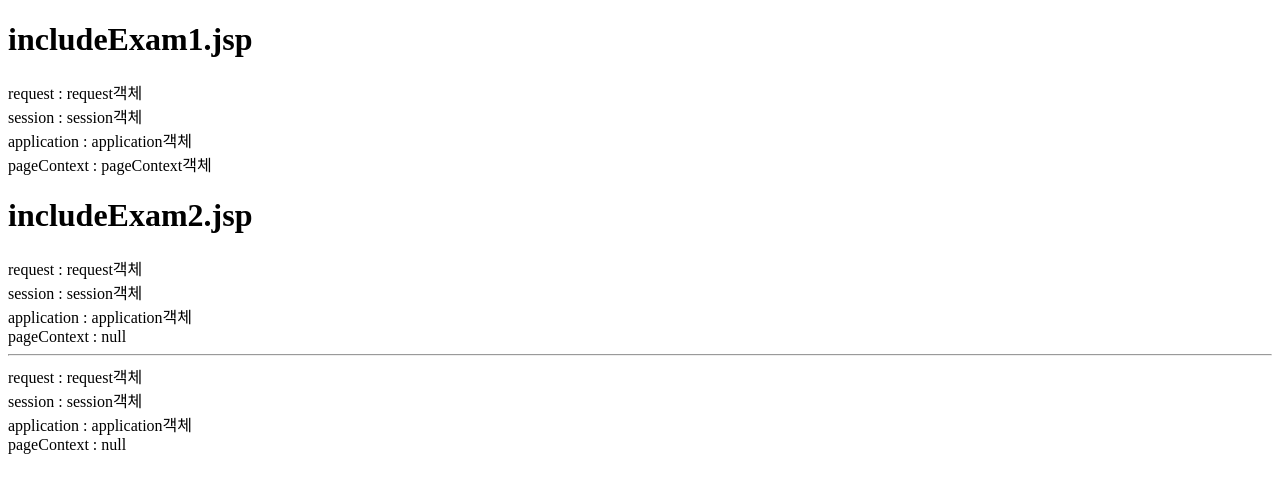
Repository: lty516/jspwork
Page: http://localhost/myjsp2/actiontag/includeExam4.jsp
The author's editor kept a copy of each file at every save. The page is drawn from the files as they stood at one save, then again after the next save.
The browser window is 1280 px wide. The pictures show the whole page.
The page is served by Tomcat 9.

Above is the page before, as saved 2020-08-14 01:15:01.

### myjsp2/WebContent/actiontag/includeExam4.jsp
<%@ page contentType="text/html; charset=utf-8"%>
<!DOCTYPE html>
<html>
<head>
<meta charset="utf-8">
<title>Insert title here</title>
</head>
	<body>
		<h1>includeExam1.jsp</h1>

		<%
			request.setAttribute("first","request객체");
			session.setAttribute("first","session객체");
			application.setAttribute("first","application객체");
			pageContext.setAttribute("first","pageContext객체");
		%>

		request : <%= request.getAttribute("first") %> <br>
		session : <%= session.getAttribute("first") %> <br>
		application : <%= application.getAttribute("first") %> <br>
		pageContext : <%= pageContext.getAttribute("first") %> <br>

		<jsp:include page="includeExam2.jsp" />

		<hr/>

		request : <%= request.getAttribute("second") %> <br>
		session : <%= session.getAttribute("second") %> <br>
		application : <%= application.getAttribute("second") %> <br>
		pageContext : <%= pageContext.getAttribute("second") %> <br>



	</body>
</html>

### myjsp2/WebContent/actiontag/includeExam2.jsp
<%@ page contentType="text/html; charset=utf-8"%>
<!DOCTYPE html>
<html>
<head>
<meta charset="utf-8">
<title>Insert title here</title>
</head>
<body>
	<h1>includeExam2.jsp</h1>

	request : <%= request.getAttribute("first") %> <br>
	session : <%= session.getAttribute("first") %> <br>
	application : <%= application.getAttribute("first") %> <br>
	pageContext : <%= pageContext.getAttribute("first") %> <br>

		<%
			request.setAttribute("second","request객체");
			session.setAttribute("second","session객체");
			application.setAttribute("second","application객체");
			pageContext.setAttribute("second","pageContext객체");
		%>
</body>
</html>

After the next save:
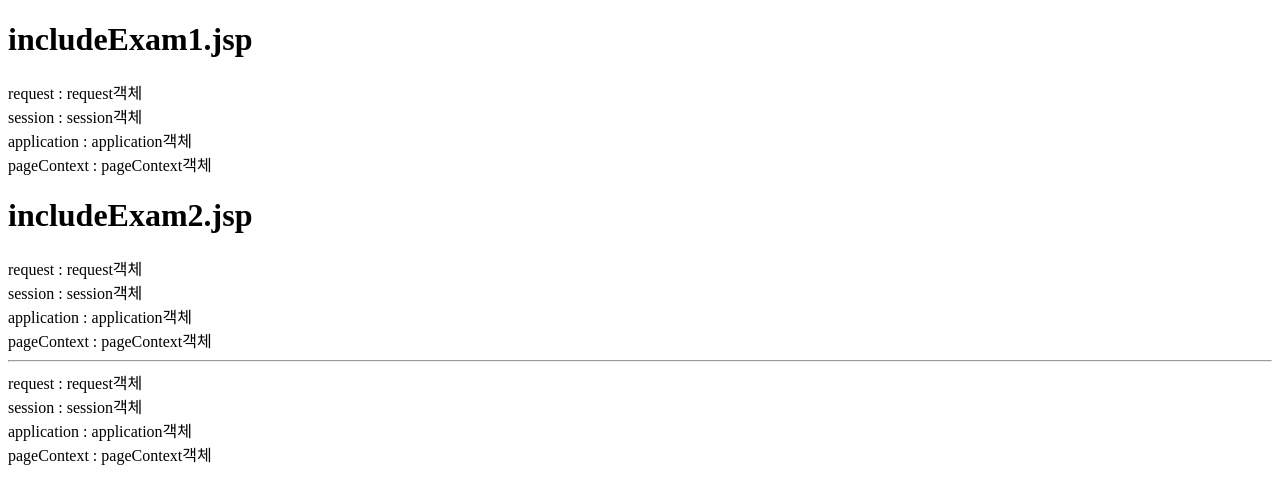
Saved 2 min 39 s later.
--- a/myjsp2/WebContent/actiontag/includeExam4.jsp
+++ b/myjsp2/WebContent/actiontag/includeExam4.jsp
@@ -20,7 +20,8 @@
 		application : <%= application.getAttribute("first") %> <br>
 		pageContext : <%= pageContext.getAttribute("first") %> <br>
 
-		<jsp:include page="includeExam2.jsp" />
+		<!-- <jsp:include page="includeExam2.jsp" /> -->
+		<%@include file="includeExam2.jsp" %>
 
 		<hr/>
 
